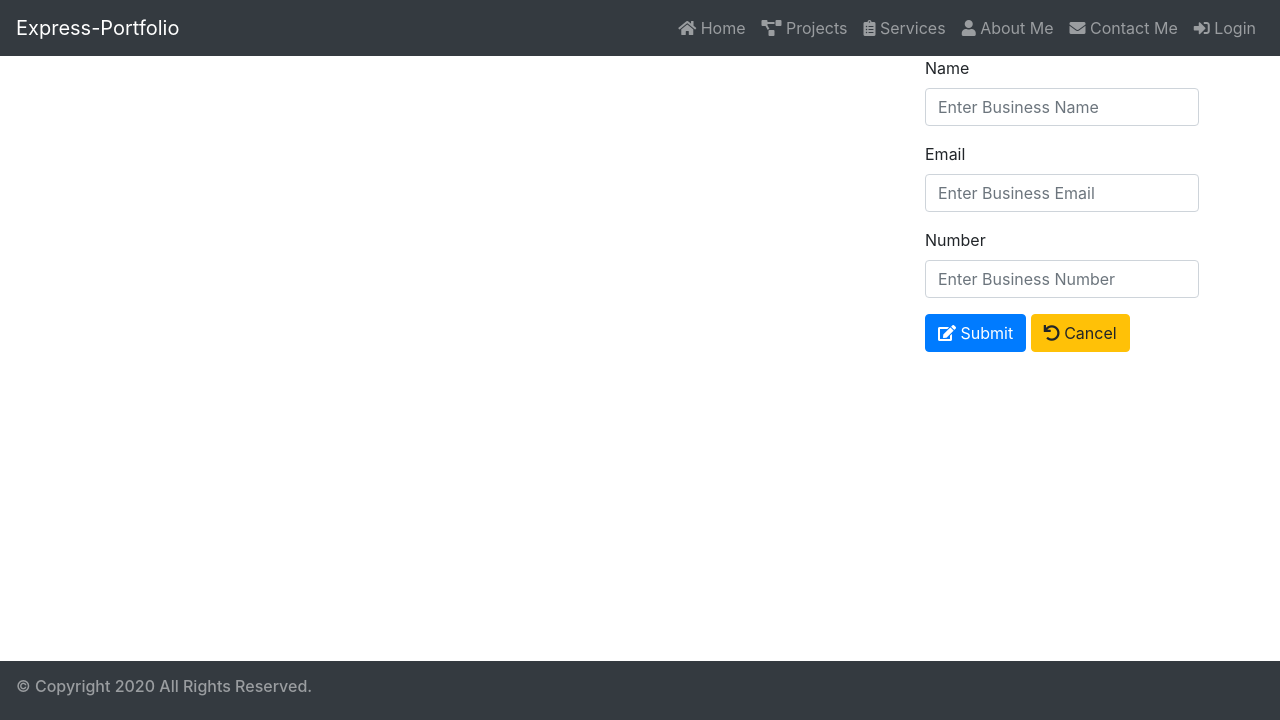
Repository: carlossclaro/Express_Portfolio
Page: server/views/users1/add.ejs
The author's editor kept a copy of each file at every save. The page is drawn from the files as they stood at one save, then again after the next save.
The browser window is 1280 px wide. The pictures show the whole page.
The page is served by the project's Node server (app.js). Other server files are loaded and not shown. The template is opened directly, without the code that normally fills it, so the values that code supplies are empty.

Above is the page before, as saved 2020-10-24 19:36:07.

### server/views/users1/add.ejs

<!--
 *business_contact_view.ejs created by:
  Carlos Cruz-Claro 0N 2020-10-22
#300-902-439
-->


<%- include ../partials/header.ejs %>


<%- include ../partials/main_nav.ejs %>

<!-- Content for the ADD page -->

<div class="container">
    <div class="row">
        <div class="offset-md-3 col-md-6"></div>
        <h1><%= title %></h1>

        <form class="form" method="POST">
            <div class="form-group">
                <label for="nameTextField">Name</label>
                <input type="text" class="form-control"
                id="nameTextField"
                placeholder="Enter Business Name"
                name="name" required>

            </div>

            <form class="form" method="POST">
                <div class="form-group">
                    <label for="emailTextField">Email </label>
                    <input type="text" class="form-control"
                    id="emailTextField"
                    placeholder="Enter Business Email"
                    name="email" required>

                </div>
                <form class="form" method="POST">
                    <div class="form-group">
                        <label for="numberTextField">Number </label>
                        <input type="number" class="form-control"
                        id="numberTextField"
                        placeholder="Enter Business Number"
                        name="number" required>

                    </div>

                    <button class="btn btn-primary" type="submit">
                        <i class="fas fa-edit"></i> Submit</button>

                    <a href="/users" class="btn btn-warning">
                        <i class="fas fa-undo"></i> Cancel</a>


        </form>
    </div>
</div>

<%- include ../partials/bottom_nav.ejs %>

<%- include ../partials/footer.ejs %>

### server/views/partials/header.ejs
<!DOCTYPE html>
<html lang="en">
<head>
  <meta charset="UTF-8">
  <meta name="viewport" content="width=device-width, initial-scale=1.0">
  <title><%= title %></title>

  <!-- CSS Section-->
  <link rel="stylesheet" href="/bootstrap/dist/css/bootstrap.min.css">
  <link rel="stylesheet" href="/@fortawesome/fontawesome-free/css/all.min.css">
  <link rel='stylesheet' href='/Content/app.css' />

</head>
<body>

### server/views/partials/main_nav.ejs
  <!--Main Nav here-->
  <nav class="navbar navbar-expand-lg navbar-dark bg-dark">
    <a class="navbar-brand" href="/">Express-Portfolio</a>
    <button class="navbar-toggler" type="button" data-toggle="collapse" data-target="#navbarSupportedContent" aria-controls="navbarSupportedContent" aria-expanded="false" aria-label="Toggle navigation">
      <span class="navbar-toggler-icon"></span>
    </button>

   <!--  <nav class="navbar navbar-light bg-dark">
      <a class="navbar-brand" href="/">
        <img src="public/Assets/images/personal_logo.png" width="30" height="30" class="d-inline-block align-top" alt="">
      </a>
    </nav>-->
    <div class="collapse navbar-collapse" id="navbarSupportedContent">
      <ul class="navbar-nav ml-auto">
       <!--TOFIX: HOME DOES NOT HIGHLIGHT WHEN CLICKED-->
        <% if ((title == "Home") || (title =="/")) { %>
        <li class="nav-item active">
        <% } else { %>
        <li class="nav-item">
        <% } %>
          <a class="nav-link" href="/home"><i class="fas fa-home"></i> Home </a>
        </li>

        <% if (title == "Projects") { %>
        <li class="nav-item active">
        <% } else { %>
        <li class="nav-item">
        <% } %>
          <a class="nav-link" href="/projects"><i class="fas fa-project-diagram"></i> Projects </a>
        </li>

        <% if (title == "Services") { %>
        <li class="nav-item active">
        <% } else { %>
        <li class="nav-item">
        <% } %>
          <a class="nav-link" href="/services"><i class="fas fa-clipboard-list"></i> Services </a>
        </li>

        <% if (title == "About Me") { %>
          <li class="nav-item active">
        <% } else { %>
        <li class="nav-item">
        <% } %>
          <a class="nav-link" href="/aboutme"><i class="fas fa-user"></i> About Me </a>
        </li>

        <% if (title == "Contact Me") { %>
          <li class="nav-item active">
        <% } else { %>
        <li class="nav-item">
        <% } %>
          <a class="nav-link" href="/contactme"><i class="fas fa-envelope"></i> Contact Me</a> </a>
        </li>

           <% if (title == "Authentication") { %>
          <li class="nav-item active">
        <% } else { %>
        <li class="nav-item">
        <% } %>
          <a class="nav-link" href="/authenticate"><i class="fas fa-sign-in-alt"></i> Login</a> </a>
        </li>
    </div>
  </nav>

### server/views/partials/bottom_nav.ejs
 <!-- Bottom Nav-->
  <footer>
    <nav class="navbar fixed-bottom navbar-dark bg-dark">
      <h6 class="display-6 navbar-text">&copy; Copyright 2020 All Rights Reserved.</h1>
    </nav>
  </footer>

### server/views/partials/footer.ejs
<!-- Script Selection (Front-Side)-->
<html>
<body>
  <script src="/jquery/dist/jquery.min.js"></script>
  <script src="/bootstrap/dist/js/bootstrap.min.js"></script>
  <script src="/Scripts/app.js"></script>
</body>
</html>

### app.js
/*App.js created by Carlos Cruz-Claro 0N 2020-10-11
#300-902-439 */

// Installed 3rd party packages
let createError = require('http-errors');
let express = require('express');
let path = require('path');
let cookieParser = require('cookie-parser');
let logger = require('morgan');

let indexRouter = require('./routes/index');
let usersRouter = require('./routes/users');

let app = express();

// view engine setup
app.set('views', path.join(__dirname, 'views'));
app.set('view engine', 'ejs');

app.use(logger('dev'));
app.use(express.json());
app.use(express.urlencoded({ extended: false }));
app.use(cookieParser());
app.use(express.static(path.join(__dirname, 'public')));
app.use(express.static(path.join(__dirname, 'node_modules')));

app.use('/', indexRouter);
app.use('/users', usersRouter);

// catch 404 and forward to error handler
app.use(function(req, res, next) {
  next(createError(404));
});

// error handler
app.use(function(err, req, res, next) {
  // set locals, only providing error in development
  res.locals.message = err.message;
  res.locals.error = req.app.get('env') === 'development' ? err : {};

  // render the error page
  res.status(err.status || 500);
  res.render('error', { title: 'Error'});
});

module.exports = app;

### public/Content/app.css
/* Custom css goes here */
/*Created by Carlos Cruz-Claro 0N 2020-10-11
#300-902-439 */
.map-container-section {
    overflow:hidden;
    padding-bottom:56.25%;
    position:relative;
    height:0;
  }
  .map-container-section iframe {
    left:0;
    top:0;
    height:100%;
    width:100%;
    position:absolute;
  }
  .container{
    height:300px;
  }
  .navbar-default { margin : 0 !important; }

### public/Scripts/app.js
//IIFE -- Immdiately Invoked Function Expression
/* app.js created by Carlos Cruz-Claro 0N 2020-10-11
#300-902-439 */
(function() {
    function Start()
    {
        console.log("App Started...");
    }

    window.addEventListener("load", Start);

})();

After the next save:
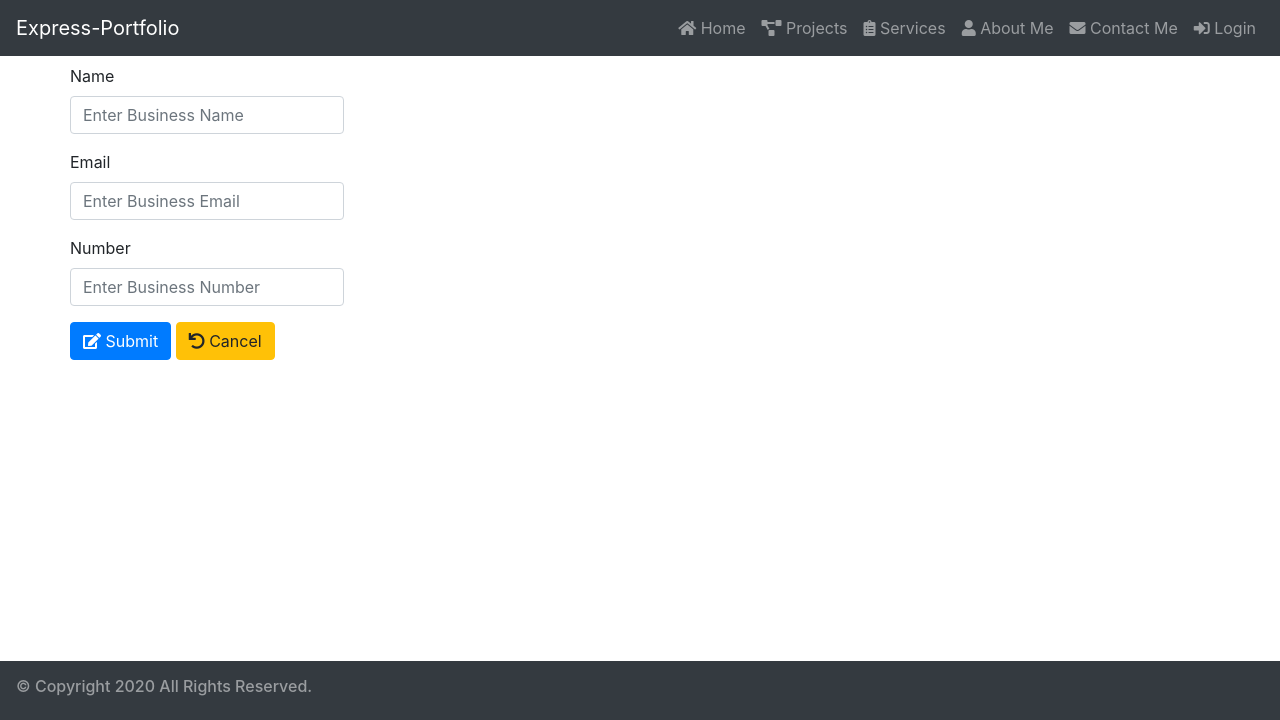
Saved 11 min 19 s later.
--- a/server/views/users1/add.ejs
+++ b/server/views/users1/add.ejs
@@ -15,7 +15,7 @@
 
 <div class="container">
     <div class="row">
-        <div class="offset-md-3 col-md-6"></div>
+        <div class="offset-md-2 col-md-8"></div>
         <h1><%= title %></h1>
 
         <form class="form" method="POST">
